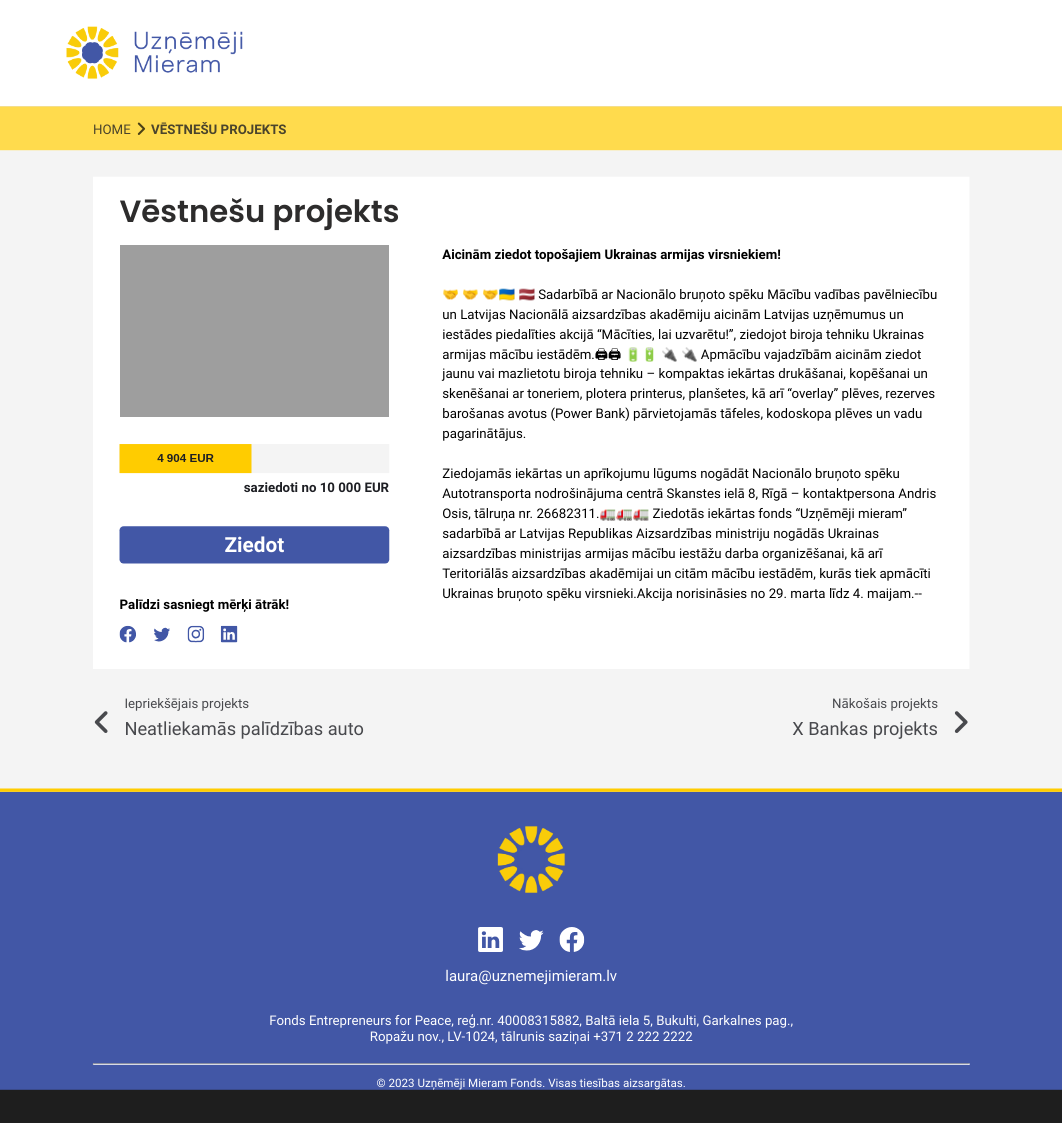
Repository: KatrinaPa/projekts11
Page: projekts-ambassadors.html
The author's editor kept a copy of each file at every save. The page is drawn from the files as they stood at one save, then again after the next save.
The browser window is 1280 px wide. The pictures show the whole page, at 83% of full size.
Pictures or frames that could not be fetched are drawn as grey boxes.

Above is the page before, as saved 2023-05-30 21:26:41.
Console error: TypeError: Cannot read properties of null (reading 'children')

### projekts-ambassadors.html
<!DOCTYPE html>
<html lang="en">

<head>
    <meta charset="UTF-8">
    <meta http-equiv="X-UA-Compatible" content="IE=edge">
    <meta name="viewport" content="width=device-width, initial-scale=1.0">
    <title>Vēstnešu projekts</title>
    <link rel="preconnect" href="https://fonts.googleapis.com">
    <link rel="preconnect" href="https://fonts.gstatic.com" crossorigin>
    <link href="https://fonts.googleapis.com/css2?family=Poppins:wght@300;400;500;600;700&display=swap"
        rel="stylesheet">
    <link rel="preconnect" href="https://fonts.googleapis.com">
    <link rel="preconnect" href="https://fonts.gstatic.com" crossorigin>
    <link href="https://fonts.googleapis.com/css2?family=Poppins:wght@300;400;500;600&display=swap" rel="stylesheet">
    <link rel="stylesheet" href="./assets/main.css" />
    <link rel="stylesheet" href="./assets/projekti.css" />
    <link rel="stylesheet" href="https://cdnjs.cloudflare.com/ajax/libs/font-awesome/6.2.0/css/all.min.css" />
    <script src="assets/main.js" defer></script>
</head>

<body>
    <div class="panel">
        <header class="header">
            <nav class="navbar">
                <a href="sakums.html" id="project-nav-home"><img src="assets/images/UM_logo.png" alt="uznemejiMieram"
                        id="logo"></a>
                <div class="navigation">
                    <ul class="nav-menu">
                        <li class="nav-item"><a href="sakums.html" class="nav-link">Sākums</a></li>
                        <li class="nav-item"><a href="donate_projects.html" class="nav-link">Ziedot</a></li>
                    </ul>
                    <div class="hamburger">
                        <span class="bar"></span>
                        <span class="bar"></span>
                        <span class="bar"></span>
                    </div>
                </div>
            </nav>
        </header>
        <main>
            <section id="wrapper_project" class="section_project">
                <div class="project-nav">
                    <a href="sakums.html" id="project-nav-home">HOME</a>
                    <button class="project-nav-next">
                        <i id="right" class="fa-solid fa-angle-right"></i>
                    </button>
                    <p>VĒSTNEŠU PROJEKTS</p>
                </div>
                <div class="carousel_project">
                    <h1>Vēstnešu projekts</h1>
                    <div class="wrapper_donate_project">
                        <div class="donate_project-left">
                            <img src="assets/images/img_20.jpg" alt="">
                            <div class="thMeter_raised">
                                <div class="thMeter-wrapper">
                                    <button id="thMeter-proj-ambassadors">4 904 EUR</button>
                                    <p>saziedoti no 10 000 EUR</p>
                                </div>
                            </div>

                            <div class="btn_ziedot-project">
                                <a href="donate_Ukr-private-onetime.html" class="ziedot-proj"
                                    id="ziedot-proj-ambassadors">Ziedot</a>
                            </div>
                            <div class="share">
                                <p>Palīdzi sasniegt mērķi ātrāk!</p>
                                <div>
                                    <svg xmlns="http://www.w3.org/2000/svg" width="20" height="20" fill="#4257A6"
                                        class="bi bi-facebook" viewBox="0 0 16 16">
                                        <path
                                            d="M16 8.049c0-4.446-3.582-8.05-8-8.05C3.58 0-.002 3.603-.002 8.05c0 4.017 2.926 7.347 6.75 7.951v-5.625h-2.03V8.05H6.75V6.275c0-2.017 1.195-3.131 3.022-3.131.876 0 1.791.157 1.791.157v1.98h-1.009c-.993 0-1.303.621-1.303 1.258v1.51h2.218l-.354 2.326H9.25V16c3.824-.604 6.75-3.934 6.75-7.951z" />
                                    </svg>
                                    <svg xmlns="http://www.w3.org/2000/svg" width="20" height="20" fill="#4257A6"
                                        class="bi bi-twitter" viewBox="0 0 16 16">
                                        <path
                                            d="M5.026 15c6.038 0 9.341-5.003 9.341-9.334 0-.14 0-.282-.006-.422A6.685 6.685 0 0 0 16 3.542a6.658 6.658 0 0 1-1.889.518 3.301 3.301 0 0 0 1.447-1.817 6.533 6.533 0 0 1-2.087.793A3.286 3.286 0 0 0 7.875 6.03a9.325 9.325 0 0 1-6.767-3.429 3.289 3.289 0 0 0 1.018 4.382A3.323 3.323 0 0 1 .64 6.575v.045a3.288 3.288 0 0 0 2.632 3.218 3.203 3.203 0 0 1-.865.115 3.23 3.23 0 0 1-.614-.057 3.283 3.283 0 0 0 3.067 2.277A6.588 6.588 0 0 1 .78 13.58a6.32 6.32 0 0 1-.78-.045A9.344 9.344 0 0 0 5.026 15z" />
                                    </svg>
                                    <svg xmlns="http://www.w3.org/2000/svg" width="20" height="20" fill="#4257A6"
                                        class="bi bi-instagram" viewBox="0 0 16 16">
                                        <path
                                            d="M8 0C5.829 0 5.556.01 4.703.048 3.85.088 3.269.222 2.76.42a3.917 3.917 0 0 0-1.417.923A3.927 3.927 0 0 0 .42 2.76C.222 3.268.087 3.85.048 4.7.01 5.555 0 5.827 0 8.001c0 2.172.01 2.444.048 3.297.04.852.174 1.433.372 1.942.205.526.478.972.923 1.417.444.445.89.719 1.416.923.51.198 1.09.333 1.942.372C5.555 15.99 5.827 16 8 16s2.444-.01 3.298-.048c.851-.04 1.434-.174 1.943-.372a3.916 3.916 0 0 0 1.416-.923c.445-.445.718-.891.923-1.417.197-.509.332-1.09.372-1.942C15.99 10.445 16 10.173 16 8s-.01-2.445-.048-3.299c-.04-.851-.175-1.433-.372-1.941a3.926 3.926 0 0 0-.923-1.417A3.911 3.911 0 0 0 13.24.42c-.51-.198-1.092-.333-1.943-.372C10.443.01 10.172 0 7.998 0h.003zm-.717 1.442h.718c2.136 0 2.389.007 3.232.046.78.035 1.204.166 1.486.275.373.145.64.319.92.599.28.28.453.546.598.92.11.281.24.705.275 1.485.039.843.047 1.096.047 3.231s-.008 2.389-.047 3.232c-.035.78-.166 1.203-.275 1.485a2.47 2.47 0 0 1-.599.919c-.28.28-.546.453-.92.598-.28.11-.704.24-1.485.276-.843.038-1.096.047-3.232.047s-2.39-.009-3.233-.047c-.78-.036-1.203-.166-1.485-.276a2.478 2.478 0 0 1-.92-.598 2.48 2.48 0 0 1-.6-.92c-.109-.281-.24-.705-.275-1.485-.038-.843-.046-1.096-.046-3.233 0-2.136.008-2.388.046-3.231.036-.78.166-1.204.276-1.486.145-.373.319-.64.599-.92.28-.28.546-.453.92-.598.282-.11.705-.24 1.485-.276.738-.034 1.024-.044 2.515-.045v.002zm4.988 1.328a.96.96 0 1 0 0 1.92.96.96 0 0 0 0-1.92zm-4.27 1.122a4.109 4.109 0 1 0 0 8.217 4.109 4.109 0 0 0 0-8.217zm0 1.441a2.667 2.667 0 1 1 0 5.334 2.667 2.667 0 0 1 0-5.334z" />
                                    </svg>
                                    <svg xmlns="http://www.w3.org/2000/svg" width="20" height="20" fill="#4257A6"
                                        class="bi bi-linkedin" viewBox="0 0 16 16">
                                        <path
                                            d="M0 1.146C0 .513.526 0 1.175 0h13.65C15.474 0 16 .513 16 1.146v13.708c0 .633-.526 1.146-1.175 1.146H1.175C.526 16 0 15.487 0 14.854V1.146zm4.943 12.248V6.169H2.542v7.225h2.401zm-1.2-8.212c.837 0 1.358-.554 1.358-1.248-.015-.709-.52-1.248-1.342-1.248-.822 0-1.359.54-1.359 1.248 0 .694.521 1.248 1.327 1.248h.016zm4.908 8.212V9.359c0-.216.016-.432.08-.586.173-.431.568-.878 1.232-.878.869 0 1.216.662 1.216 1.634v3.865h2.401V9.25c0-2.22-1.184-3.252-2.764-3.252-1.274 0-1.845.7-2.165 1.193v.025h-.016a5.54 5.54 0 0 1 .016-.025V6.169h-2.4c.03.678 0 7.225 0 7.225h2.4z" />
                                    </svg>
                                </div>
                            </div>
                        </div>
                        <div class="donate_project-right">
                            <button class="wrapper_btn-up top">
                                <i id="up" class="fa-solid fa-angle-up"></i>
                            </button>
                            <p><strong>Aicinām ziedot topošajiem Ukrainas armijas virsniekiem!</strong>
                                <br><br>
                                🤝 🤝 🤝🇺🇦 🇱🇻 Sadarbībā ar Nacionālo bruņoto spēku Mācību vadības
                                pavēlniecību un Latvijas Nacionālā aizsardzības akadēmiju aicinām
                                Latvijas
                                uzņēmumus un iestādes piedalīties akcijā “Mācīties, lai uzvarētu!”,
                                ziedojot
                                biroja tehniku Ukrainas armijas mācību iestādēm.🖨🖨 🔋🔋 🔌 🔌 Apmācību
                                vajadzībām aicinām ziedot jaunu vai mazlietotu biroja tehniku –
                                kompaktas
                                iekārtas drukāšanai, kopēšanai un skenēšanai ar toneriem, plotera
                                printerus,
                                planšetes, kā arī “overlay” plēves, rezerves barošanas avotus (Power
                                Bank)
                                pārvietojamās tāfeles, kodoskopa plēves un vadu pagarinātājus. <br><br>

                                Ziedojamās iekārtas un aprīkojumu lūgums nogādāt Nacionālo bruņoto spēku
                                Autotransporta nodrošinājuma centrā Skanstes ielā 8, Rīgā –
                                kontaktpersona
                                Andris Osis, tālruņa nr. 26682311.🚛🚛🚛 Ziedotās iekārtas fonds
                                “Uzņēmēji
                                mieram” sadarbībā ar Latvijas Republikas Aizsardzības ministriju nogādās
                                Ukrainas aizsardzības ministrijas armijas mācību iestāžu darba
                                organizēšanai, kā arī Teritoriālās aizsardzības akadēmijai un citām
                                mācību
                                iestādēm, kurās tiek apmācīti Ukrainas bruņoto spēku virsnieki.Akcija
                                norisināsies no 29. marta līdz 4. maijam.--
                            </p>
                            <button class="wrapper_btn-up bottom">
                                <i id="up" class="fa-solid fa-angle-up"></i>
                            </button>
                        </div>
                    </div>
                </div>
                <div class="to-project">
                    <div class="previous">
                        <button class="carousel_proj_btn carousel_proj_btn-left">
                            <i id="left" class="fa-solid fa-angle-left"></i>
                        </button>
                        <div>
                            <p>Iepriekšējais projekts</p>
                            <a href="projekts-ambulances.html" id="project-nav-ambulances">Neatliekamās palīdzības
                                auto</a>
                        </div>
                    </div>
                    <div class="next">
                        <div>
                            <p>Nākošais projekts</p>
                            <a href="projekts-xbank.html" id="project-nav-xbanka">X Bankas projekts</a>
                        </div>
                        <button class="carousel_proj_btn carousel_proj_btn-right">
                            <i id="right" class="fa-solid fa-angle-right"></i>
                        </button>
                    </div>
                </div>
                <div class="yellow-bottom"></div>
            </section>
        </main>
    </div>
    <footer>
        <div class="about">
            <img src="assets/images/UM_simbols.png" alt="uznemejiMieram">
            <div class="social">
                <svg xmlns="http://www.w3.org/2000/svg" width="30" height="30" fill="#ffffff" class="bi bi-linkedin"
                    viewBox="0 0 16 16">
                    <path
                        d="M0 1.146C0 .513.526 0 1.175 0h13.65C15.474 0 16 .513 16 1.146v13.708c0 .633-.526 1.146-1.175 1.146H1.175C.526 16 0 15.487 0 14.854V1.146zm4.943 12.248V6.169H2.542v7.225h2.401zm-1.2-8.212c.837 0 1.358-.554 1.358-1.248-.015-.709-.52-1.248-1.342-1.248-.822 0-1.359.54-1.359 1.248 0 .694.521 1.248 1.327 1.248h.016zm4.908 8.212V9.359c0-.216.016-.432.08-.586.173-.431.568-.878 1.232-.878.869 0 1.216.662 1.216 1.634v3.865h2.401V9.25c0-2.22-1.184-3.252-2.764-3.252-1.274 0-1.845.7-2.165 1.193v.025h-.016a5.54 5.54 0 0 1 .016-.025V6.169h-2.4c.03.678 0 7.225 0 7.225h2.4z" />
                </svg>
                <svg xmlns="http://www.w3.org/2000/svg" width="30" height="30" fill="#ffffff" class="bi bi-twitter"
                    viewBox="0 0 16 16">
                    <path
                        d="M5.026 15c6.038 0 9.341-5.003 9.341-9.334 0-.14 0-.282-.006-.422A6.685 6.685 0 0 0 16 3.542a6.658 6.658 0 0 1-1.889.518 3.301 3.301 0 0 0 1.447-1.817 6.533 6.533 0 0 1-2.087.793A3.286 3.286 0 0 0 7.875 6.03a9.325 9.325 0 0 1-6.767-3.429 3.289 3.289 0 0 0 1.018 4.382A3.323 3.323 0 0 1 .64 6.575v.045a3.288 3.288 0 0 0 2.632 3.218 3.203 3.203 0 0 1-.865.115 3.23 3.23 0 0 1-.614-.057 3.283 3.283 0 0 0 3.067 2.277A6.588 6.588 0 0 1 .78 13.58a6.32 6.32 0 0 1-.78-.045A9.344 9.344 0 0 0 5.026 15z" />
                </svg>
                <svg xmlns="http://www.w3.org/2000/svg" width="30" height="30" fill="#ffffff" class="bi bi-facebook"
                    viewBox="0 0 16 16">
                    <path
                        d="M16 8.049c0-4.446-3.582-8.05-8-8.05C3.58 0-.002 3.603-.002 8.05c0 4.017 2.926 7.347 6.75 7.951v-5.625h-2.03V8.05H6.75V6.275c0-2.017 1.195-3.131 3.022-3.131.876 0 1.791.157 1.791.157v1.98h-1.009c-.993 0-1.303.621-1.303 1.258v1.51h2.218l-.354 2.326H9.25V16c3.824-.604 6.75-3.934 6.75-7.951z" />
                </svg>
            </div>
            <div class="contacts">
                <p>laura@uznemejimieram.lv</p>
                <p>Fonds Entrepreneurs for Peace, reģ.nr. 40008315882, Baltā iela 5, Bukulti, Garkalnes pag., Ropažu
                    nov., LV-1024, tālrunis saziņai +371 2 222 2222</p>
            </div>
        </div>
        <div class="copy">
            <hr>
            <p>© 2023 Uzņēmēji Mieram Fonds. Visas tiesības aizsargātas.</p>
        </div>
    </footer>
    </div>

</body>

</html>

### assets/projekti.css
#wrapper_project {
    background-color: #f4f4f4;
    font-family: 'Roboto';
}

.section_project {}

h1 {
    font-size: 37px;
    line-height: 50px;
}

.project-nav {
    display: flex;
    flex-direction: row;
    padding: 1.1rem 7rem 0 7rem;
    background-color: #FFDB4D;
}

.project-nav a {
    text-decoration: none;
    color: #1E1F24;
    font-size: 16px;
    font-weight: 400;
    opacity: 80%;
}

.project-nav a:hover {
    font-weight: 600;
    cursor: pointer;
    opacity: 100%;
}

.project-nav p {
    text-decoration: none;
    color: #1E1F24;
    font-size: 16px;
    font-weight: 600;
    margin-block-start: 0;
    opacity: 80%;
}

.project-nav-next {
    margin-top: -15px;
    border: 0;
    background: transparent;
    cursor: pointer;
}

.project-nav-next i {
    font-size: 20px;
    opacity: 70%;
}

.carousel_project {
    position: relative;
    background-color: #ffffff;
    margin: 2rem 7rem 2rem 7rem;
}

.carousel_proj_btn {
    margin-top: -1rem;
    padding: 0;
    border: 0;
    background: transparent;
    cursor: pointer;
}

.carousel_proj_btn i {
    font-size: 35px;
    color: #1E1F24;
}

.donate_project-left img {
    width: 100%;
    height: 13rem;
    object-fit: cover;
}

.wrapper_donate_project {
    display: flex;
    flex-direction: row;
    transition: transform 0ms ease-in;
}

.carousel_project h1 {
    padding: 1rem 0 1rem 2rem;
}

.donate_project-left {
    display: flex;
    flex-direction: column;
    width: 35%;
    margin: 0 0 2rem 2rem;
}

.donate_project-right {
    width: 65%;
    height: 100%;
    margin: 0rem 2rem 2rem 4rem;
    margin-block-start: 0;
}

.donate_project-right p {
    margin-block-start: 0;
    line-height: 24px;
    font-size: 16px;
}

.wrapper_project_donate i {
    position: absolute;
    cursor: pointer;
    font-size: 20px;
    color: rgba(0, 0, 0, 0.7);
}

.wrapper_btn-up {
    border-style: none;
    background: none;
    order: 2;
    grid-column: 1/-1;
    display: flex;
    justify-content: flex-end;
}

.wrapper_project_donate p {
    margin: 0;
    grid-column: 1/-1;
}

.thMeter-wrapper {
    width: 100%;
    background-color: #f4f4f4;
}

#thMeter-proj-support,
#thMeter-proj-cars,
#thMeter-proj-drones,
#thMeter-proj-npa,
#thMeter-proj-ambassadors,
#thMeter-proj-xbank {
    background-color: #ffcc00;
    color: #1E1F24;
    font-size: 14px;
}

.thMeter_raised p {
    text-align: right;
    color: #1E1F24;
}

.btn_ziedot-project {
    margin-top: 4rem;
}

.share {
    font-size: 16px;
    font-weight: 600;
    margin-top: 1.5rem;
}

.share div {
    display: flex;
    gap: 1.3rem;
}

.to-project {
    display: flex;
    flex-direction: row;
    justify-content: space-between;
    height: 5rem;
    font-size: 16px;
    color: #1E1F24;
    opacity: 80%;
    margin: 2rem 7rem 2rem 7rem;
}

.previous {
    display: flex;
    flex-direction: row;
}

.previous div {
    margin-left: 1rem;
}

.previous p,
.next p {
    margin-block-end: 0.5rem;
    margin-block-start: 0;
}

#project-nav-xbanka,
#project-nav-cars,
#project-nav-ambulances,
#project-nav-donate,
#project-nav-drones,
#project-nav-ambassadors {
    color: #1E1F24;
    font-size: 22px;
    text-decoration: none;
    font-weight: 400;
}

#project-nav-xbanka:hover,
#project-nav-cars:hover,
#project-nav-ambulances:hover,
#project-nav-donate:hover,
#project-nav-drones:hover,
#project-nav-ambassadors:hover {
    font-weight: 600;
}

.next {
    display: flex;
    flex-direction: row;
}

.next div {
    margin-right: 1rem;
    display: flex;
    flex-direction: column;
    align-items: flex-end;
    text-align: right;
}

.yellow-bottom {
    height: 0.25rem;
    background-color: #ffcc00;
}

@media (min-width: 1280px) {

    .wrapper_thMeter_img {
        width: 32%;
        height: 30rem;
    }

    .wrapper_project_donate {
        width: 68%;
    }
}

@media screen and (max-width: 1279px) {

    .section_project {
        padding: 0;
        margin: 0;
    }

    .project-nav {
        padding: 1.1rem 2rem 0 5rem;
    }

    .wrapper_donate_project {
        display: flex;
        flex-direction: row;
    }

    .donate_project-right {
        margin: 0rem 2rem 2rem 2rem;
    }

    .carousel_project {
        margin: 0px 5rem;
    }

    .carousel_proj_btn i {
        font-size: 33px;
    }

    .wrapper_thMeter_img {
        margin: 0.5rem 2rem 0.5rem 2rem;
    }

    .wrapper_thMeter_img img {
        width: 50%;
        height: 10rem;
    }

    .wrapper_project_donate {
        margin: 0.5rem 2rem 2rem 2rem;
    }

    .wrapper_project_donate p {
        padding-bottom: 2rem;
    }

    .thMeter-btn {
        width: 19rem;
    }

    #share {
        font-size: 18px;
    }

    .thMeter-btn {
        width: 16rem;
    }

    .to-project {
        margin: 2rem;
    }
}

@media screen and (min-width: 701px) {
    .wrapper_btn-up {
        display: none;
    }
}

@media screen and (max-width: 700px) {
    .panel {
        max-width: 480px;
    }

    #wrapper_project {}

    .section_project {
        padding-bottom: 0;
    }

    .project-nav {
        padding: 1.1rem 2rem 0 2rem;
    }

    .carousel_project {
        margin: 0;
        padding: 2rem;
    }

    .carousel_project h1 {
        padding: 1rem 0;
        font-size: 47px;
        line-height: 52px;
    }

    .wrapper_donate_project {
        display: flex;
        flex-direction: column;
    }

    .donate_project-left,
    .donate_project-right {
        width: 100%;
        margin: 0;
    }

    .donate_project-right {
        margin-top: 0.5rem;
    }

    .btn_ziedot-project {
        margin-top: 3rem;
    }

    .share {
        display: flex;
        flex-direction: row-reverse;
        justify-content: center;
        align-items: center;
        gap: 1rem;
    }

    .wrapper_thMeter_img {
        padding: 0;
    }

    .wrapper_thMeter_img p {
        display: none;
    }

    .wrapper_donate_project h1 {
        font-size: 24px;
        padding: 2rem 0 0 3rem;
    }

    .wrapper_project_donate {
        padding: 0;
        display: grid;
        grid-gap: 0.5rem;
        margin: 0.5rem 2rem 1rem 2rem
    }

    .wrapper_project_donate i {
        font-size: 22px;
        color: rgba(0, 0, 0, 0.5);
    }

    .wrapper_thMeter_img img {
        width: 100%;
        height: 15rem;
    }

    #thMeter {
        width: 100%;
        margin: 0.3rem 0 0.7rem 0;
    }

    .thMeter-btn {
        width: 22rem;
    }

    .wrapper_btn-up.top {
        margin: 1rem 0;
    }

    .wrapper_btn-up.bottom {
        margin: 1rem 0;
    }

    .wrapper_project_donate p {
        order: 3;
        padding: 1rem 0;
    }

    .to-project {
        margin: 1rem 0 2rem 0;
    }

}

Loaded but not shown: assets/main.js (97 lines, source omitted); assets/main.css (1929 lines, source omitted)

After the next save:
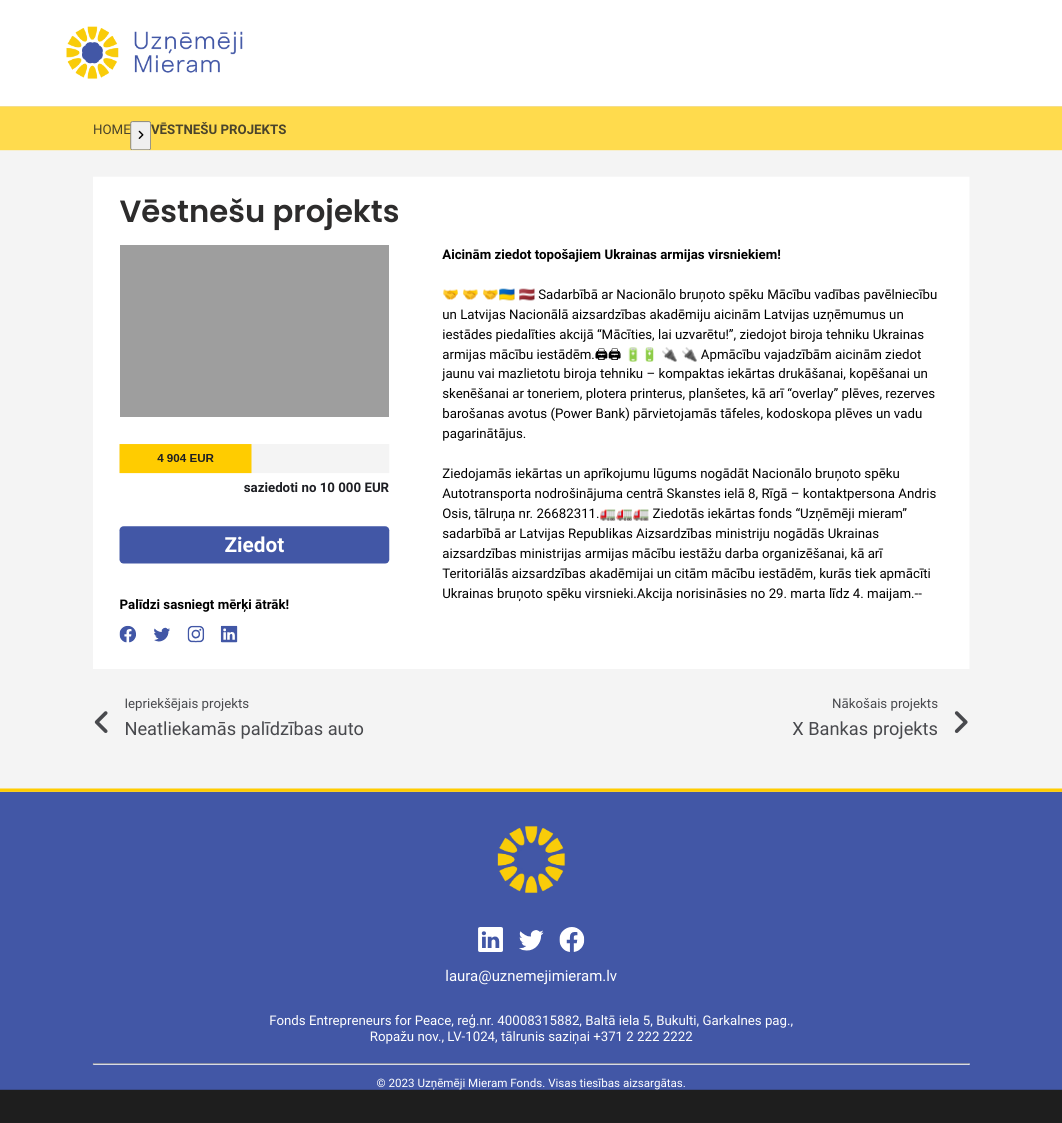
Saved 8 min 59 s later.
--- a/assets/projekti.css
+++ b/assets/projekti.css
@@ -38,18 +38,6 @@ h1 {
     font-weight: 600;
     margin-block-start: 0;
     opacity: 80%;
-}
-
-.project-nav-next {
-    margin-top: -15px;
-    border: 0;
-    background: transparent;
-    cursor: pointer;
-}
-
-.project-nav-next i {
-    font-size: 20px;
-    opacity: 70%;
 }
 
 .carousel_project {
